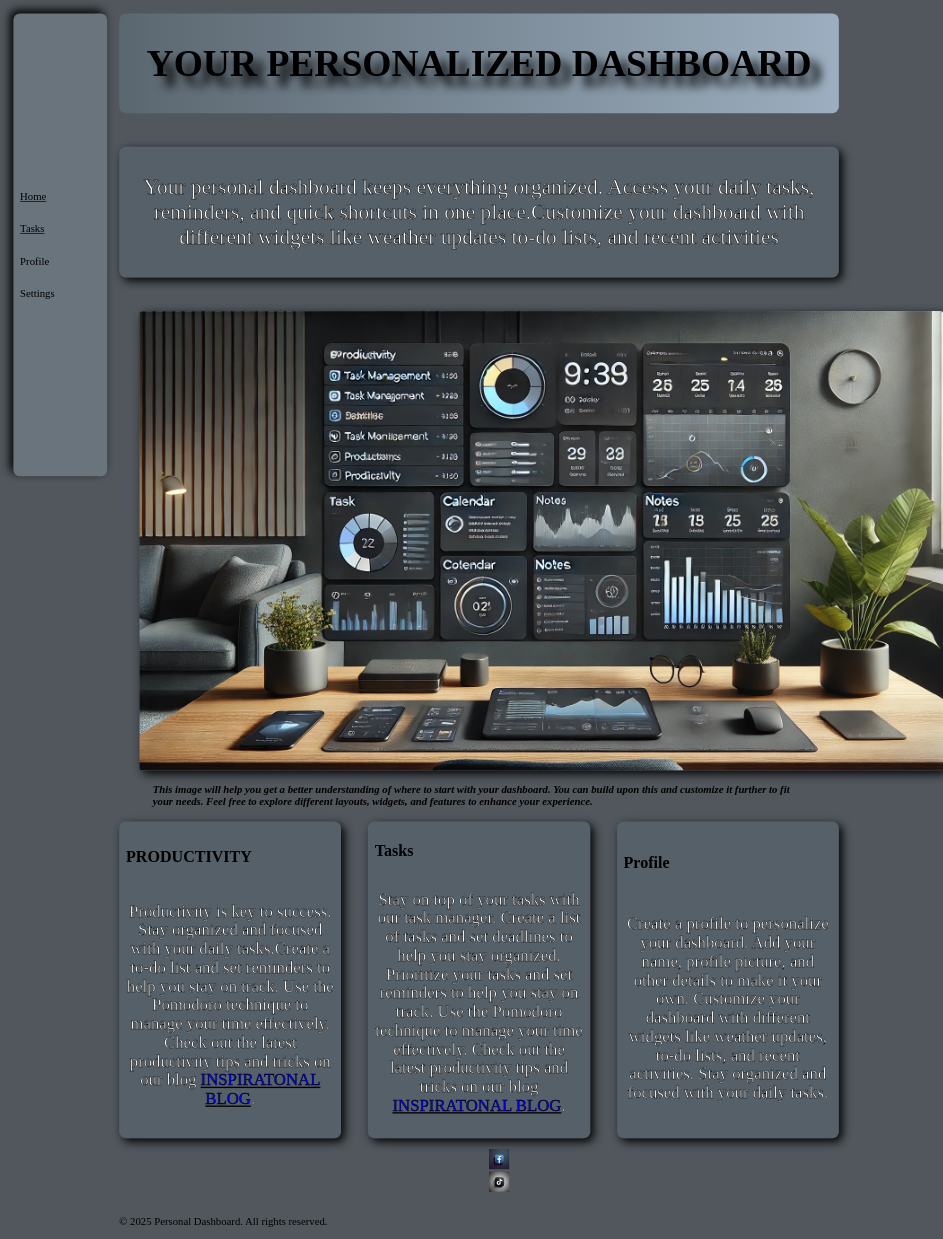
Repository: Parnicoza/testecomplete
Page: testcomplet-14.html
These files come from the project's save history. The page is drawn as it stood at one moment and after the next save; the edit follows.
The browser window is 1280 px wide. The page is 1408 px wide, so the pictures cover 1408 px, including what lies to the right of the window. The pictures show the whole page, at 67% of full size.

Above is the page before, as saved 2025-03-02 14:02:19.

### testcomplet-14.html
<!DOCTYPE html>
<html lang="en">

<head>
    <title>Personal Dashboard</title>
    <link rel="stylesheet" href="stilizaretestcomplet-14.css">
    <link rel="icon" href="imaginitestecomplete/dashboard.ico">
    <meta name="viewport" content="width=device-width, initial-scale=1.0">
</head>

<body>
    <div class="background-for-the-heading" id="Home">
        <h1 class="main-heading">Your Personalized Dashboard</h1>
    </div>

    <div class="thesamebackground">
        <p class="paragraph-gradient">Your personal dashboard keeps everything organized. Access your daily tasks,
            reminders, and quick shortcuts in one place.Customize your dashboard with different widgets like weather
            updates to-do lists, and recent activities</p>
    </div>

    <div class="divimage">
        <figure>
            <img src="imaginitestecomplete/productivity.jpg" alt="productivity image" width="1200" class="image"
                title="Productivity image" usemap="#dashboard-map" id="Tasks">
            <map name="dashboard-map">
                <area shape="rect" coords="341,127,487,280" href="https://blog.productivity.directory/"
                    alt="Productivity blog" target="_blank">
                <area shape="rect" coords="670,134,825,280" href="https://blog.productivity.directory/"
                    alt="Productivity blog" target="_blank">
            </map>
            <figcaption class="figcaption">This image will help you get a better understanding of where to start with
                your dashboard.
                You can build upon this and customize it further to fit your needs.
                Feel free to explore different layouts, widgets, and features to enhance your experience.
            </figcaption>
        </figure>
    </div>

    <div class="Dashboard">
        <div class="sidebar">
            <ul class="list">
                <li><a href="#Home" class="home" title="Press here to go to home page">Home</a></li>
                <li><a href="#Tasks" class="home" title="Click here to go to Tasks">Tasks</a></li>
                <li>Profile</li>
                <li>Settings</li>
            </ul>
        </div>
    </div>

    <div class="BLOCKS">
        <div class="blocks"> <!--Acesta este primul block-->
            <h2 class="headingforblock">Productivity</h2>
            <p class="paragraph-gradient1">Productivity is key to success. Stay organized and focused with your daily
                tasks.Create a to-do list and set reminders to help you stay on track. Use the Pomodoro technique to
                manage your time effectively. Check out the latest productivity tips and tricks on our blog
                <a href="https://blog.productivity.directory/" target="_blank"
                    title="Press here to find more tips and tricks">INSPIRATONAL BLOG</a>.
            </p>
        </div>

        <div class="blocks2"><!--Acesta este al doilea block-->
            <h2 class="heading">Tasks</h2>
            <p class="paragraph-gradient1">Stay on top of your tasks with our task manager. Create a list of tasks and
                set deadlines to help you stay organized. Prioritize your tasks and set reminders to help you stay on
                track. Use the Pomodoro technique to manage your time effectively. Check out the latest productivity
                tips and tricks on our blog
                <a href="https://blog.productivity.directory/" target="_blank"
                    title="Press here to find more tips and tricks">INSPIRATONAL BLOG</a>.
            </p>
        </div>

        <div class="blocks3"><!--Acesta este al treilea block-->
            <h2 class="heading">Profile</h2>
            <p class="paragraph-gradient1">Create a profile to personalize your dashboard. Add your name, profile
                picture,
                and other details to make it your own. Customize your dashboard with different widgets like weather
                updates, to-do lists, and recent activities. Stay organized and focused with your daily tasks.
            </p>

        </div>
    </div>

    <div class="footer">
        <footer>
            <div class="social-media">
                <ul style="list-style-type: none;">
                    <li><a href="https://www.facebook.com/parnica.abaza.5" target="_blank" title="Join my Facebook"><img
                                src="imaginitestecomplete/facebook.jpg" height="30px"></a></li>
                    <li><a href="https://www.tiktok.com/@parnicaabaza4?lang=en" target="_blank"
                            title="Join my Tiktok"><img src="imaginitestecomplete/tiktok.jpg" alt="Tiktok social-media"
                                height="30px"></a></li>

                </ul>
            </div>
            <p class="footer-text">© 2025 Personal Dashboard. All rights reserved.</p>
        </footer>
    </div>
</body>

</html>

### stilizaretestcomplet-14.css
body{
    background-color:#51575D;
}

.main-heading{
    text-align: center;
    text-transform: uppercase;
    text-shadow: 15px 15px 15px black;
    font-size: 3.5em;
    color: black;
}

.background-for-the-heading{
    background: linear-gradient(to right, #5B6770, #9CAEBF);
    margin: 20px;
    padding: 5px;
    border-radius: 10px;
    margin-left: 170px;
}

.thesamebackground{
    background-color: rgba(91, 103, 112, 0.6) ;
    margin-left: 170px;
    margin-top: 50px;
    text-align: center;
    padding: 10px;
    border-radius: 10px;
    box-shadow: 5px 5px 15px black;
    margin-right: 20px;
}

.paragraph-gradient{
    color: #ffff;
    font-size: 2em;
    -webkit-text-stroke: 0.7px black;
    text-align: center;
}

.quote{
    border: 1px dotted black;
    padding: 10px;
    margin-left: 150px;
}

.divider{
    border: none;
    height: 4px;
    background-color: lightgray;
    border: 3px dotted black;
    margin: 14px;
    margin-left: 150px;
}

.image{
    border-radius: 5px;
    box-shadow: 5px 5px 15px black;
    display: block;
    margin: 0 auto;
}

.picture{
    margin-left: 160px;
}

.Dashboard{
    display: flex;
}

.sidebar{
    display: flex;
    flex-direction: column;
   width: 140px;
   position: fixed;
   left: 0;
   top: 0;
   height: 96vh;
   justify-content: center;
   margin: 20px;
   background-color: #6A747D;
    border-radius: 10px;
    box-shadow: -5px -5px 15px black;

}

.list{
    list-style-type: none;
    display: flex;
    flex-direction: column;
    gap: 30px;
    padding: 0;
    margin-left: 10px;
}

.container{
    margin-left: 160px;
}

.divimage{
    display: block;
    margin-left: 160px;
    margin-top: 50px;

}

.figcaption{
    font-style: italic;
    font-weight: bold;
    margin: 20px;
}

.home{
    color: black;
}

.BLOCKS{
    display: flex;
    flex-direction: row;
    justify-content: space-evenly;
    gap: 20px;
}
.blocks{
    display: flex;
    flex-direction: column;
    justify-content: space-evenly;
    width: 350px;
    margin-left: 170px;
    background-color: rgba(91, 103, 112, 0.6);
    box-shadow: 5px 5px 15px black;
    border-radius: 10px;
    padding: 10px;
    margin-right: 20px;
}

.blocks2{
    display: flex;
    flex-direction: column;
    justify-content: space-evenly;
    width: 350px;
    background-color: rgba(91, 103, 112, 0.6);
    box-shadow: 5px 5px 15px black;
    border-radius: 10px;
    padding: 10px;
    margin-right: 20px;
}

.blocks3{
    display: flex;
    flex-direction: column;
    justify-content: space-evenly;
    width: 350px;
    background-color: rgba(91, 103, 112, 0.6);
    box-shadow: 5px 5px 15px black;
    border-radius: 10px;
    padding: 10px;
    margin-right: 20px;
}
.headingforblock{
    text-align: left;
    text-transform: uppercase;
    font-weight: bold;
    color: black;
    display: flex;
}

.paragraph-gradient1{
    color: #ffff;
    -webkit-text-stroke: 0.6px black;
    font-size: 25px;
    text-align: center;
}

.footer{
    margin-left: 170px;
}

.social-media{
    display: flex;
    flex-direction: row;
    justify-content: space-evenly;
    gap: 20px;

}

After the next save:
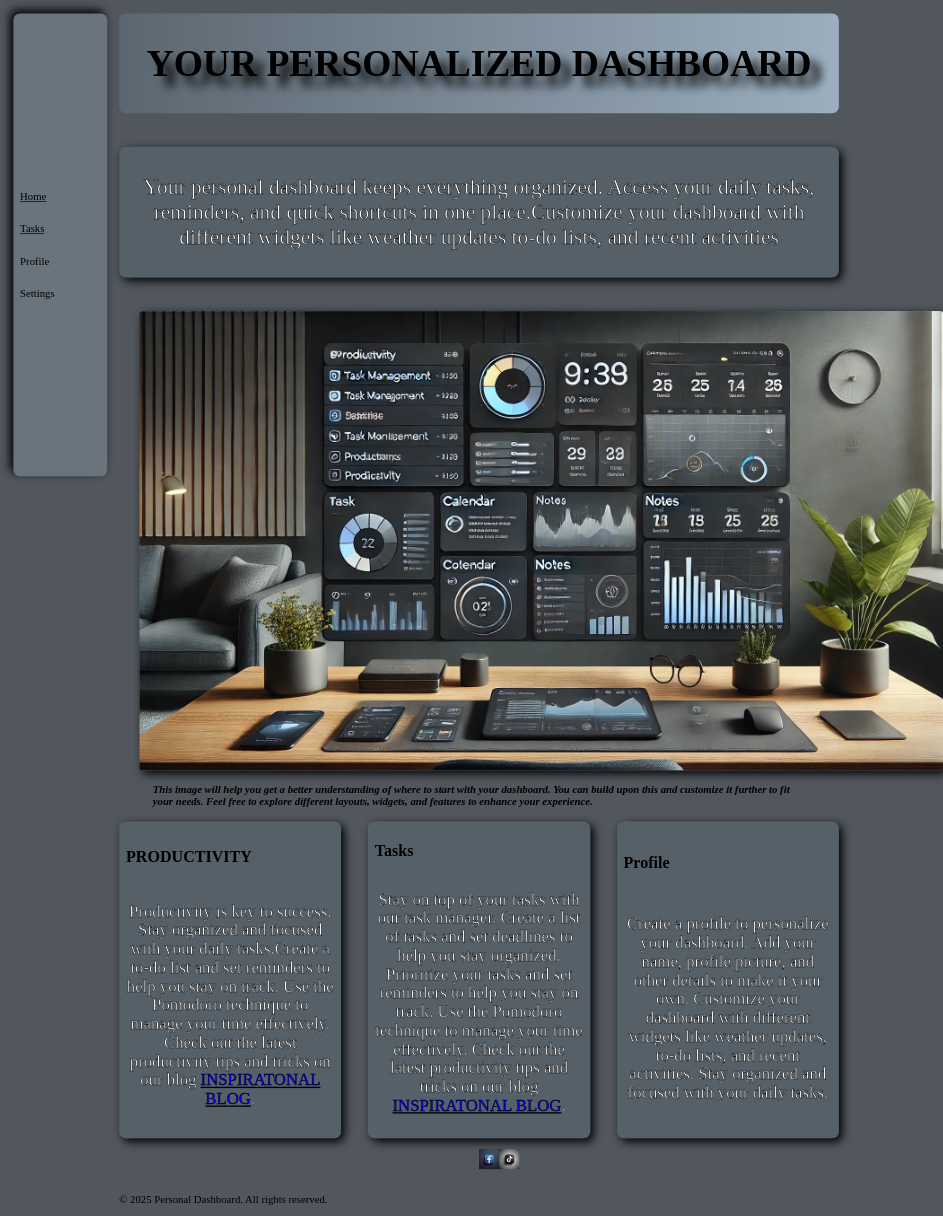
Saved 5 min 14 s later.
--- a/testcomplet-14.html
+++ b/testcomplet-14.html
@@ -84,7 +84,7 @@
     <div class="footer">
         <footer>
             <div class="social-media">
-                <ul style="list-style-type: none;">
+                <ul style="list-style-type: none; display: flex;">
                     <li><a href="https://www.facebook.com/parnica.abaza.5" target="_blank" title="Join my Facebook"><img
                                 src="imaginitestecomplete/facebook.jpg" height="30px"></a></li>
                     <li><a href="https://www.tiktok.com/@parnicaabaza4?lang=en" target="_blank"
